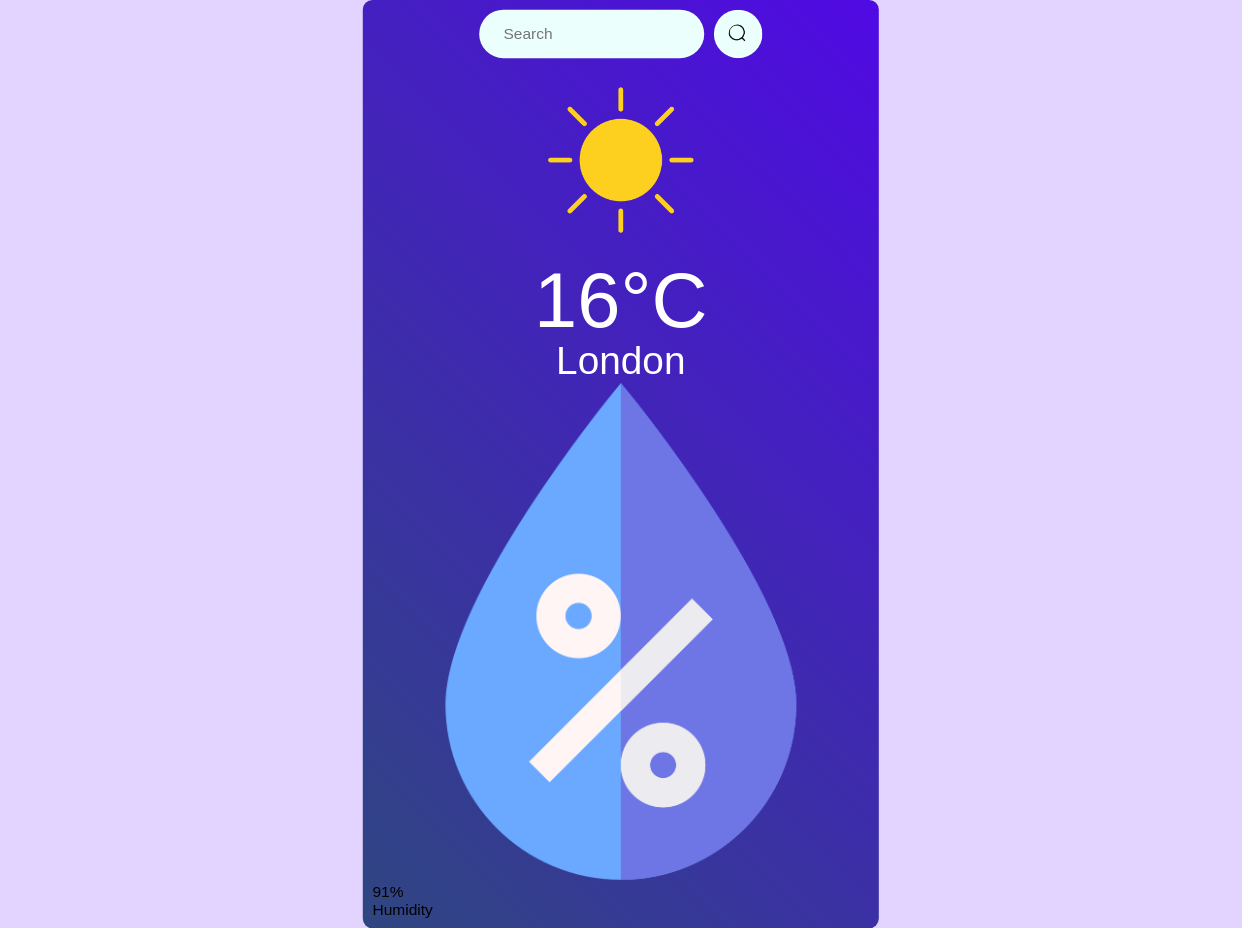
Repository: wakoya-tech/wheather-app
Page: /
These files come from the project's save history. The page is drawn as it stood at one moment and after the next save; the edit follows.
The browser window is 1280 px wide. The pictures show the whole page, at 97% of full size.
The project was rebuilt for these pictures with package versions that can differ from the ones it lists, and the page was loaded fresh each time. Also part of the build but not shown: vite.config.js, src/App.css.

Above is the page before, as saved 2025-10-18 20:27:46.

After the next save:
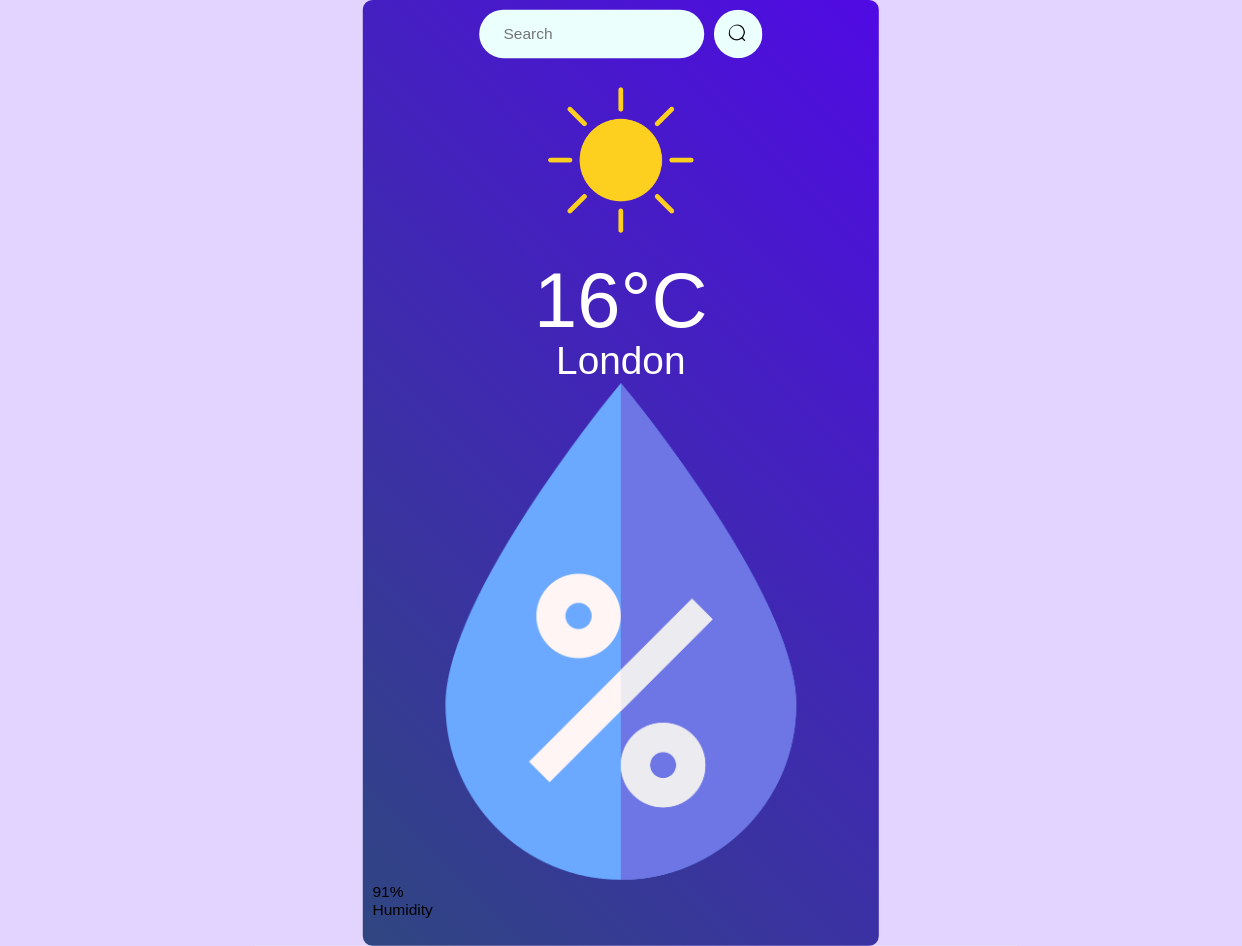
Saved 41 min 36 s later.
--- a/src/Components/Weather.jsx
+++ b/src/Components/Weather.jsx
@@ -7,6 +7,7 @@ import clear from '../assets/Clear.png';
 /*import drizzle from '../assets/Drizzle.png';
 import snow from '../assets/Snow.png';
 */
+import wind from '../assets/Wind.png'
 import humidity from '../assets/Humidity.png';
 
 function Weather() {
@@ -28,6 +29,9 @@ function Weather() {
               <span>Humidity</span>
             </div>
           </div>
+          <div className="col">
+            <img src="" alt="" />
+          </div>
         </div>
     <div/>
 
